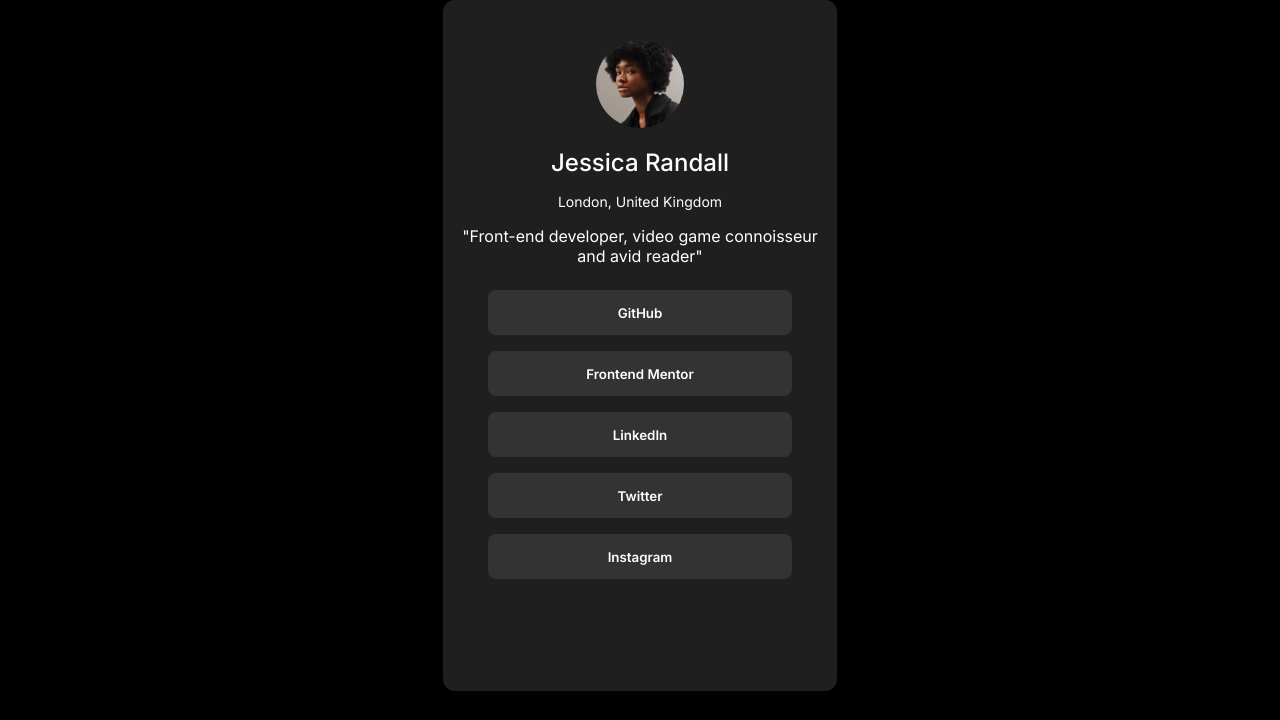
Repository: brandontaylor1/social-links-profile
Page: index.html
The author's editor kept a copy of each file at every save. The page is drawn from the files as they stood at one save, then again after a run of saves.
The browser window is 1280 px wide. The pictures show the whole page.

Above is the page before, as saved 2024-12-25 17:51:58.

### index.html
<!DOCTYPE html>
<html lang="en">
<head>
    <meta charset="UTF-8">
    <meta name="viewport" content="width=device-width, initial-scale=1.0">
    <link rel="preconnect" href="https://fonts.googleapis.com">
    <link rel="preconnect" href="https://fonts.gstatic.com" crossorigin>
    <link href="https://fonts.googleapis.com/css2?family=Inter:ital,opsz,wght@0,14..32,100..900;1,14..32,100..900&display=swap" rel="stylesheet">
    <link rel="stylesheet" href="styles.css">
    <title>Social Links Profile</title>
</head>
<body>
    <main class="container">
        <div class="profile-content">
            <div class="img-container">
                <img src="./images/avatar-jessica.jpeg" class="profile-pic" alt="profile-pic">
            </div>
            <div class="profile-text">
                <h1>Jessica Randall</h1>
                <h2>London, United Kingdom</h2>
            </div>
            <p>"Front-end developer, video game connoisseur and avid reader"</p>
        </div>
        <div class="social-link-button-container">
            <button class="social-link-button"><a href="#">GitHub</a></button>
            <button class="social-link-button"><a href="#">Frontend Mentor</a></button>
            <button class="social-link-button"><a href="#">LinkedIn</a></button>
            <button class="social-link-button"><a href="#">Twitter</a></button>
            <button class="social-link-button"><a href="#">Instagram</a></button>
        </div>
    </main>

    <script src="index.js"></script>
</body>
</html>

### styles.css
:root {
    --gray-900: #141414;
    --gray-800: #1F1F1F;
    --gray-700: #333333;

    --color-white: #FFFFFF;
    --color-black: #000000;

    --color-green: #C4F82A;

}

body {
    box-sizing: border-box;
    margin: 0;
    padding: 0;
    background-color: black;
    display: flex;
    justify-content: center;
    align-items: center;
    font-family: "Inter", sans-serif;
    background-color: var(--color-black);
}

.container {
    background-color: var(--gray-800);
    color: var(--color-white);
    border-radius: 12px;
    padding: 40px 5px;
    width: 384px;
    height: 611px;
    text-align: center;
}

.profile-pic {
    width: 88px;
    height: 88px;
    border-radius: 50%;
}

.profile-text h1 {
    font-size: 24px;
    font-family: "Inter", sans-serif;
    font-weight: 500;
}

.profile-text h2 {
    font-size: 14px;
    font-family: "Inter", sans-serif;
    font-weight: 400;
}


.social-link-button-container {
    display: flex;
    flex-direction: column;
    justify-content: center;
    align-items: center;
}

a {
    text-decoration: none;
    color: var(--color-white);
}

a:hover {
    color: var(--color-black);
}

.social-link-button {
    width: 304px;
    height: 45px;
    background-color: var(--gray-700);
    border: none;
    border-radius: 8px;
    margin: 8px;
    font-family: "Inter", sans-serif;
    font-weight: 600;

}

.social-link-button:hover {
    background-color: var(--color-green);

}

Loaded but not shown: index.js (no stored copy; drawn as an empty file)

After the next 2 saves:
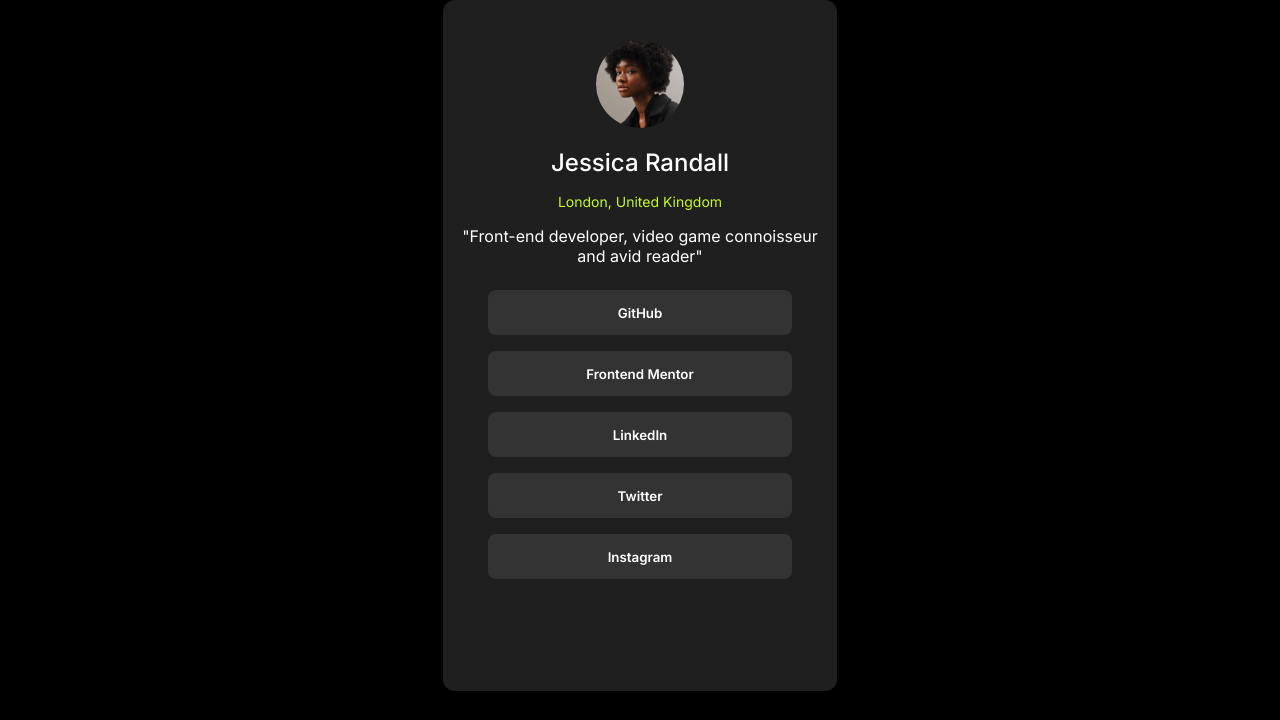
The 2 saves are shown as one change because they came seconds apart.
The last was saved 17 s later.
--- a/styles.css
+++ b/styles.css
@@ -48,6 +48,7 @@ body {
     font-size: 14px;
     font-family: "Inter", sans-serif;
     font-weight: 400;
+    color: var(--color-green);
 }
 
 
